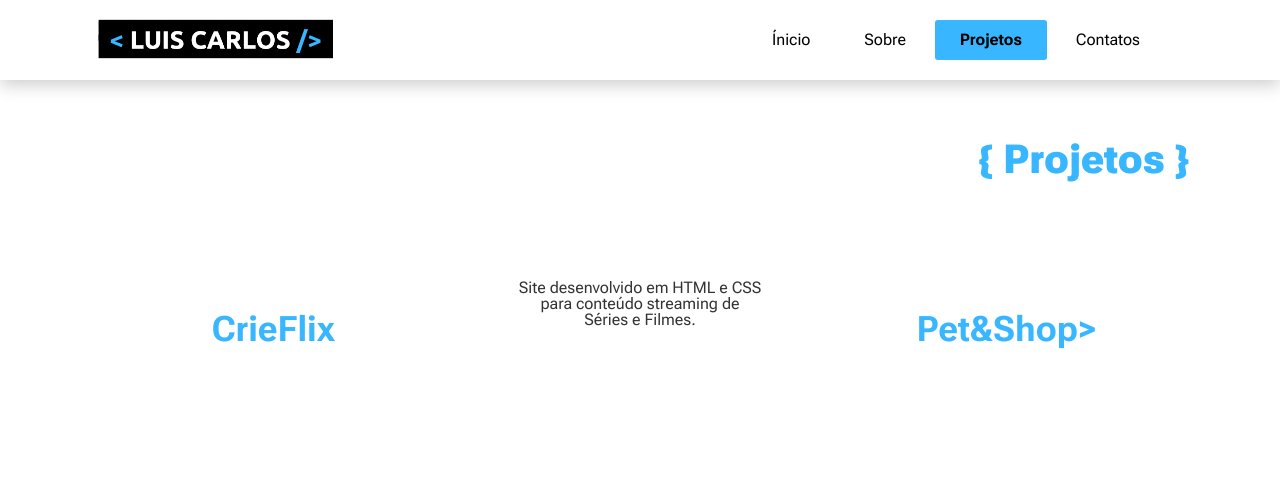
Repository: Iluiscarlos/SitePortifolio
Page: projects.html
The author's editor kept a copy of each file at every save. The page is drawn from the files as they stood at one save, then again after the next save.
The browser window is 1280 px wide. The pictures show the whole page.
Some web libraries are served in a nearby version.

Above is the page before, as saved 2022-05-25 21:25:33.

After the next save:
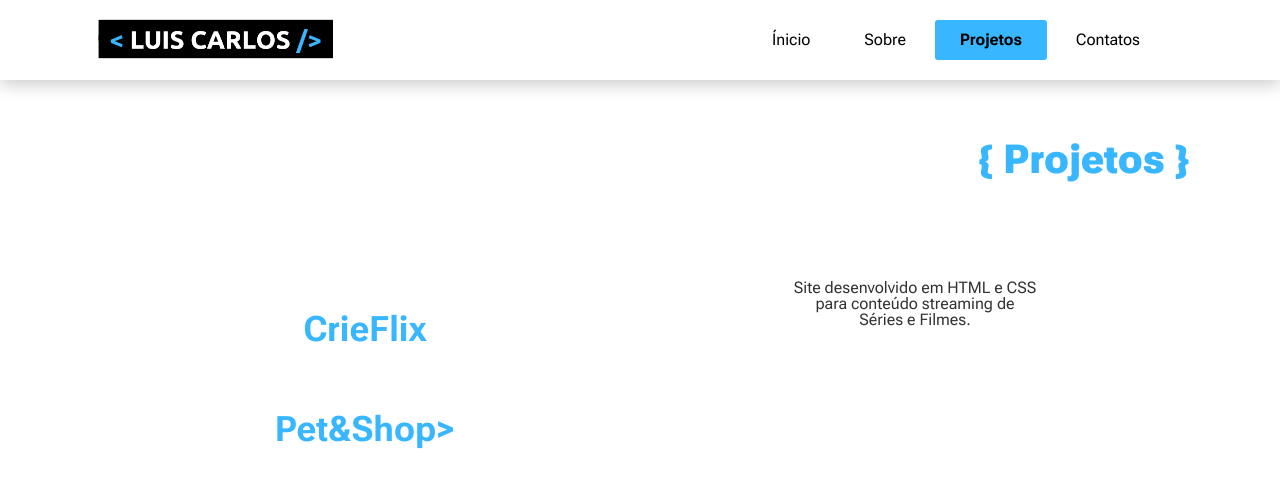
Saved 27 s later.
--- a/projects.html
+++ b/projects.html
@@ -45,10 +45,11 @@
                     para conteúdo streaming de<br>
                     Séries e Filmes.</p>
                 </p>
-            </div>
+            </section>
+        </div>
             <div class="projects__list">
                 <b class="bold__blue">Pet&Shop></b>
-        </section>
+
     </main>
 </body>
 
